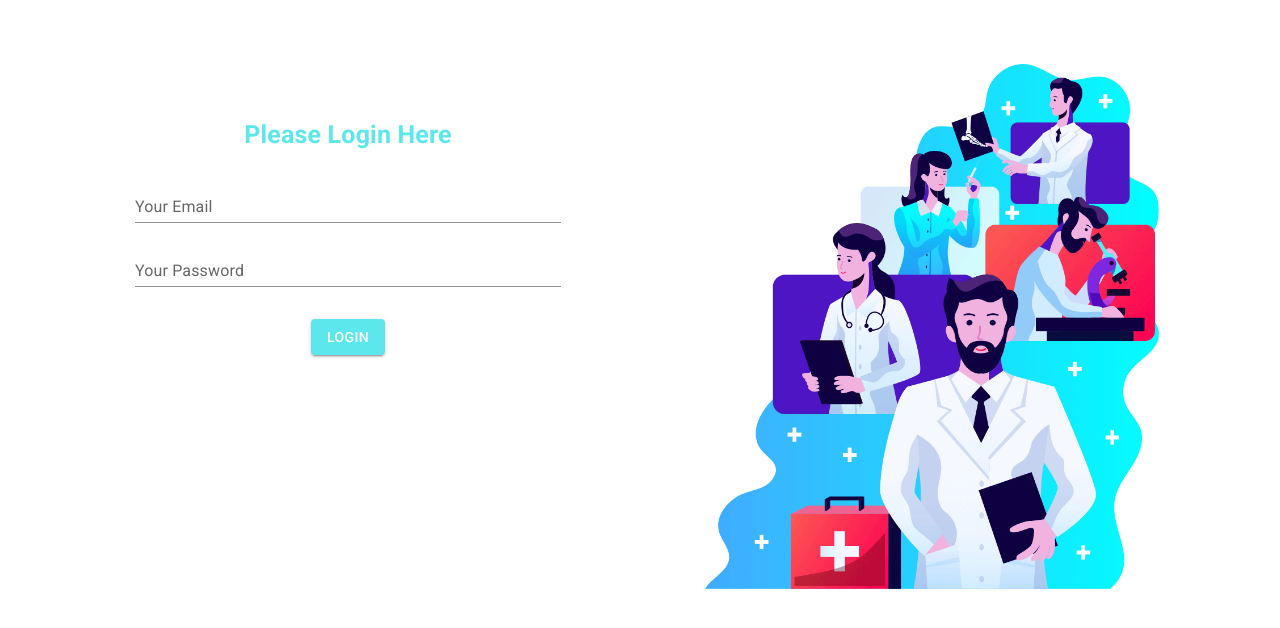
Repository: Sharif-00112/doctors-portal-client
Page: /login
These files come from the project's save history. The page is drawn as it stood at one moment and after the next save; the edit follows.
The browser window is 1280 px wide. The pictures show the whole page.
The project was rebuilt for these pictures with package versions that can differ from the ones it lists, and the page was loaded fresh each time. Also part of the build but not shown: src/Pages/Shared/Footer/Footer.js, src/Pages/Shared/Navigation/Navigation.js, src/Pages/Home/AppointmentBanner/AppointmentBanner.js, src/Pages/Home/Banner/Banner.js, src/Pages/Home/Contact/Contact.js, src/Pages/Home/Service/Service.js, src/Pages/Home/Services/Services.js, src/Pages/Home/Story/Story.js and 7 more.

Above is the page before, as saved 2022-11-06 16:45:44.

### public/index.html
<!DOCTYPE html>
<html lang="en">
  <head>
    <meta charset="utf-8" />
    <link rel="icon" href="%PUBLIC_URL%/favicon.ico" />
    <meta name="viewport" content="width=device-width, initial-scale=1" />
    <meta name="theme-color" content="#000000" />
    <meta
      name="description"
      content="Web site created using create-react-app"
    />
    <link
      rel="stylesheet" href="https://fonts.googleapis.com/css?family=Roboto:300,400,500,700&display=swap"
    />

    <link rel="apple-touch-icon" href="%PUBLIC_URL%/logo192.png" />
    <!--
      manifest.json provides metadata used when your web app is installed on a
      user's mobile device or desktop. See https://developers.google.com/web/fundamentals/web-app-manifest/
    -->
    <link rel="manifest" href="%PUBLIC_URL%/manifest.json" />
    <!--
      Notice the use of %PUBLIC_URL% in the tags above.
      It will be replaced with the URL of the `public` folder during the build.
      Only files inside the `public` folder can be referenced from the HTML.

      Unlike "/favicon.ico" or "favicon.ico", "%PUBLIC_URL%/favicon.ico" will
      work correctly both with client-side routing and a non-root public URL.
      Learn how to configure a non-root public URL by running `npm run build`.
    -->
    <title>React App</title>
  </head>
  <body>
    <noscript>You need to enable JavaScript to run this app.</noscript>
    <div id="root"></div>
    <!--
      This HTML file is a template.
      If you open it directly in the browser, you will see an empty page.

      You can add webfonts, meta tags, or analytics to this file.
      The build step will place the bundled scripts into the <body> tag.

      To begin the development, run `npm start` or `yarn start`.
      To create a production bundle, use `npm run build` or `yarn build`.
    -->
  </body>
</html>

### src/App.js
import './App.css';
import { BrowserRouter as Router, Route, Routes} from 'react-router-dom';
import Home from './Pages/Home/Home/Home';
import Appointment from './Pages/Appointment/Appointment/Appointment';
import Login from './Pages/Login/Login/Login';

function App() {
  return (
    <div className="App">
      <Router>
        {/* <Header></Header> */}
        <Routes>
          <Route exact path = '/' element={<Home/>}/>
          <Route exact path = '/home' element={<Home/>}/>
          <Route exact path = '/login' element={<Login/>}/>
          <Route exact path = '/appointment' element={<Appointment/>}/>
          <Route exact path = '*' element={<Home/>}/>
        </Routes>
        {/* <Footer></Footer> */}
      </Router>
    </div>
  );
}

export default App;

### src/Pages/Login/Login/Login.js
import React from 'react';
import Box from '@mui/material/Box';
import Paper from '@mui/material/Paper';
import Grid from '@mui/material/Unstable_Grid2';
import { Button, Container } from '@mui/material';
import Typography from '@mui/material/Typography';
import loginImg from '../../../images/images/login.png'
import TextField from '@mui/material/TextField';

const Login = () => {
    const handleLoginSubmit = e => {
        e.preventDefault();

    }

    return (
        <Container sx={{ my:8 }}>
            <Box sx={{ flexGrow: 1 }}>
                <Grid container spacing={2}>
                    <Grid sx={{ mt:5 }} xs={12} md={6}>
                        <Typography sx={{ my:2, fontSize: 25, fontWeight: 600 }} style={{color: '#5CE7ED'}} variant="h4" component="div">
                            Please Login Here
                        </Typography>
                        <form onSubmit={ handleLoginSubmit }>
                            <TextField
                                sx={{ width:'75%', m:1 }}
                                id="standard-basic"
                                label="Your Email"
                                variant="standard" />
                            <br />
                            <TextField
                                sx={{ width:'75%', m:1 }}
                                id="standard-basic"
                                label="Your Password"
                                type="password"
                                variant="standard" />
                            <br />
                            <Button type='submit' sx={{m:3}} variant="contained" style={{backgroundColor: '#5CE7ED'}}>Login</Button>
                        </form>

                    </Grid>
                    <Grid xs={12} md={6}>
                        <img style={{ width:'80%' }} src={loginImg} alt="" />
                    </Grid>
                </Grid>
            </Box>
        </Container>
    );
};

export default Login;

Loaded but not shown: src/index.js (common file); src/index.css (common file); src/reportWebVitals.js (common file); src/App.css (common file)

After the next save:
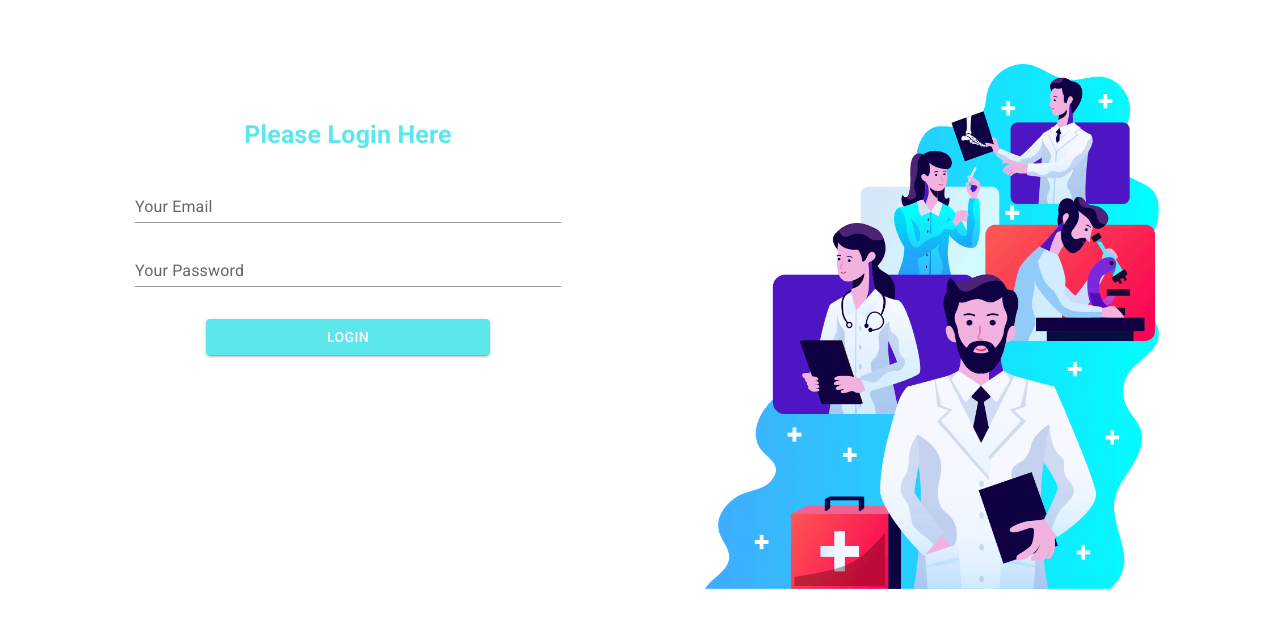
Saved 56 s later.
--- a/src/Pages/Login/Login/Login.js
+++ b/src/Pages/Login/Login/Login.js
@@ -35,7 +35,7 @@ const Login = () => {
                                 type="password"
                                 variant="standard" />
                             <br />
-                            <Button type='submit' sx={{m:3}} variant="contained" style={{backgroundColor: '#5CE7ED'}}>Login</Button>
+                            <Button type='submit' sx={{ width:'50%',m:3 }} variant="contained" style={{backgroundColor: '#5CE7ED'}}>Login</Button>
                         </form>
 
                     </Grid>
